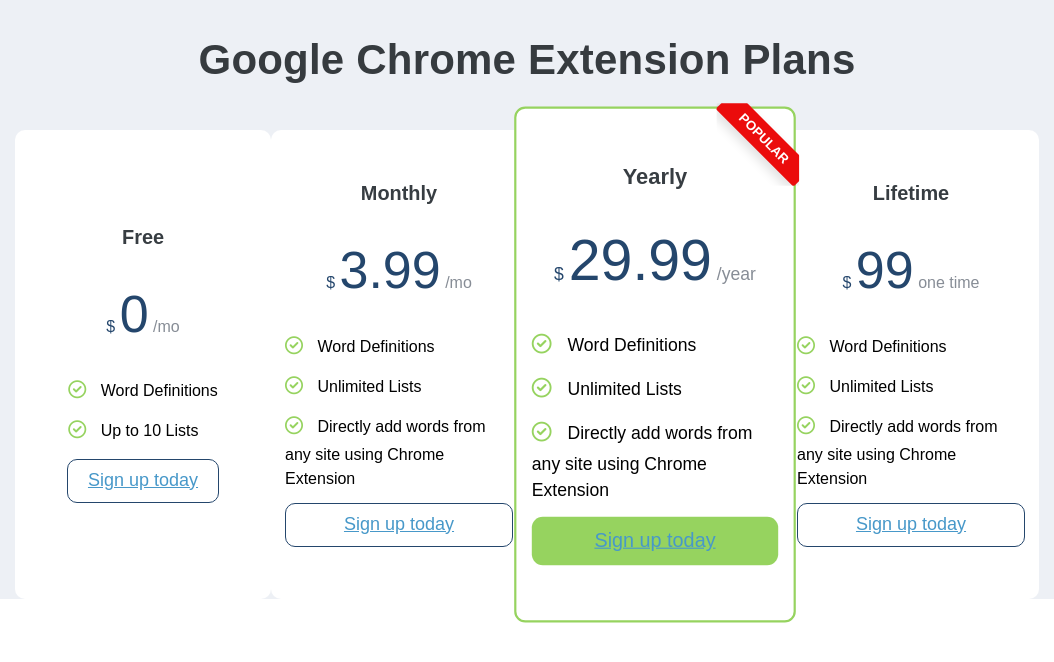
Repository: Novoselets28/chatos-test-task
Page: index.html
These files come from the project's save history. The page is drawn as it stood at one moment and after the next save; the edit follows.
The browser window is 1024 px wide. The page is 1054 px wide, so the pictures cover 1054 px, including what lies to the right of the window. The pictures show the whole page.

Above is the page before, as saved 2023-04-20 01:27:32.

### index.html
<!DOCTYPE html>
<html lang="en">
<head>
    <meta charset="UTF-8">
    <meta http-equiv="X-UA-Compatible" content="IE=edge">
    <meta name="viewport" content="width=device-width, initial-scale=1.0">
    <link rel="stylesheet" type="text/css" href="index.css" />
    <link rel="stylesheet" href="https://cdnjs.cloudflare.com/ajax/libs/font-awesome/6.0.0/css/all.min.css">
    <link rel="preconnect" href="https://fonts.googleapis.com">
    <link rel="preconnect" href="https://fonts.gstatic.com" crossorigin>
    <link href="https://fonts.googleapis.com/css2?family=Arimo:wght@400;700&family=Rubik&display=swap" rel="stylesheet">
    <title>Document</title>
</head>
<body>
    <div class="page__extension extension">
        <div class="extension__container _container">
            <div class="extension__header header-block">
                <h2 class="header-block__title">Google Chrome Extension Plans</h2>
            </div>
            <div class="extension__items">
                <!-- Modern pricing table - Free -->
                <div class="extension__item item-extension">
                    <h5 class="item-extension__title">Free</h5>
                    <div class="item-extension__price price-item">
                        <span class="price-item__dollar">$</span>
                        <span class="price-item__number">0</span>
                        <span class="price-item__label">/mo</span>
                    </div>
                    <div class="item-extension__points">
                        <ul class="item-extension__point point-list">
                            <li class="point-list__item">
                                <i class="icon fa-regular fa-circle-check" style="color: #96d35f;"></i>
                                Word Definitions
                            </li>
                            <li class="point-list__item">
                                <i class="icon fa-regular fa-circle-check" style="color: #96d35f;"></i>
                                Up to 10 Lists
                            </li>
                        </ul>
                        <a href="https://boostvocab.com/register" class="item-extension__button">Sign up today</a>
                    </div>

                </div>
                <!-- END : Modern pricing table - Free -->
                <!-- Modern pricing table - MOnthly -->
                <div class="extension__item item-extension">
                    <h5 class="item-extension__title">Monthly</h5>
                    <div class="item-extension__price price-item">
                        <span class="price-item__dollar">$</span>
                        <span class="price-item__number">3.99</span>
                        <span class="price-item__label">/mo</span>
                    </div>
                    <div class="item-extension__points">
                        <ul class="item-extension__point point-list">
                            <li class="point-list__item">
                                <i class="icon fa-regular fa-circle-check" style="color: #96d35f;"></i>
                                Word Definitions
                            </li>
                            <li class="point-list__item">
                                <i class="icon fa-regular fa-circle-check" style="color: #96d35f;"></i>
                                Unlimited Lists
                            </li>
                            <li class="point-list__item">
                                <i class="icon fa-regular fa-circle-check" style="color: #96d35f;"></i>
                                Directly add words from any site using Chrome Extension
                            </li>
                        </ul>
                        <a target="new" href="https://buy.stripe.com/5kAdRpbLh3k71RS6oo" class="item-extension__button">Sign up today</a>
                    </div>
                </div>
                <!-- END : Modern pricing table - Monthly -->
                <!-- Modern pricing table - Yearly -->
                <div class="extension__item item-extension item-extension_active">
                    <div class="item-extension__ribbon"><span>POPULAR</span></div>
                    <h5 class="item-extension__title">Yearly</h5>
                    <div class="item-extension__price price-item">
                        <span class="price-item__dollar">$</span>
                        <span class="price-item__number">29.99</span>
                        <span class="price-item__label">/year</span>
                    </div>
                    <div class="item-extension__points">
                       <ul class="item-extension__point point-list">
                            <li class="point-list__item">
                                <i class="icon fa-regular fa-circle-check" style="color: #96d35f;"></i>
                                Word Definitions
                            </li>
                            <li class="point-list__item">
                                <i class="icon fa-regular fa-circle-check" style="color: #96d35f;"></i>
                                Unlimited Lists
                            </li>
                            <li class="point-list__item">
                                <i class="icon fa-regular fa-circle-check" style="color: #96d35f;"></i>
                                Directly add words from any site using Chrome Extension
                            </li>
                        </ul>
                        <a target="new" href="https://buy.stripe.com/aEU6oX3eL6wjdAA7st" class="item-extension__button">Sign up today</a>
                    </div>
                </div>
                <!-- END : Modern pricing table - Yearly -->
                <!-- Modern pricing table - Lifetime -->
                <div class="extension__item item-extension">
                    <h5 class="item-extension__title">Lifetime</h5>
                    <div class="item-extension__price price-item">
                        <span class="price-item__dollar">$</span>
                        <span class="price-item__number">99</span>
                        <span class="price-item__label">one time</span>
                    </div>
                    <div class="item-extension__points">
                        <ul class="item-extension__point point-list">
                            <li class="point-list__item">
                                <i class="icon fa-regular fa-circle-check" style="color: #96d35f;"></i>
                                Word Definitions
                            </li>
                            <li class="point-list__item">
                                <i class="icon fa-regular fa-circle-check" style="color: #96d35f;"></i>
                                Unlimited Lists
                            </li>
                            <li class="point-list__item">
                                <i class="icon fa-regular fa-circle-check" style="color: #96d35f;"></i>
                                Directly add words from any site using Chrome Extension
                            </li>
                        </ul>
                        <a target="new" href="https://buy.stripe.com/4gwfZxbLh8Er54428a" class="item-extension__button">Sign up today</a>
                    </div>
                </div>
            </div>
            <!-- END : Modern pricing table - Lifetime -->
        </div>
    </div>
</body>
</html>

### index.css
*{
    margin: 0;
    padding: 0;
    box-sizing: border-box;
}

.extension__container{
    background-color: #edf0f5;
}

._container{
    max-width: 1440px;
    height: 100vh;
    padding: 0 0.9375rem;
    margin: 0 auto;
    box-sizing: content-box;
    font-family: 'Arimo', sans-serif;
}

@media (max-width: 1024px){
    ._container{
        width: 100%;
        height: auto;
    }
}

@media (max-width: 768px){
    ._container{
        width: 100%;
        height: auto;
    }
}

@media (max-width: 425px){
    ._container{
        width: 100%;
        height: auto;
    }
}

@media (max-width: 375px){
    ._container{
        width: 100%;
        height: auto;
    }
}

.extension__header{
    margin: 0 0 2.5rem 0;
    padding: 1.875rem 0 0;
}

.header-block{
    text-align: center;
}

.header-block__title{
    font-size: 2.625rem;
    letter-spacing: 0.2px;
    font-weight: 700;
    line-height: 142%;
    color: #363b3f;
}

@media (max-width: 425px){
    .header-block__title{
        font-size: 1.625rem;
    }
}

.extension__items{
    display: flex;
    align-items: stretch;
    justify-content: center;
    font-family: inherit;
    font-size: 1.5rem;
}

@media (max-width: 1024px){
    .extension__items{
        display: flex;
        flex-wrap: wrap;

    }
}

@media (max-width: 768px){
    .extension__items{
        display: flex;
        flex-wrap: wrap;
        width: 100%;
    }
}

@media (max-width: 425px){
    .extension__items{
        display: flex;
        justify-content: center;
        flex-wrap: wrap;
        width: 400px;
    }
}

@media (max-width: 375px){
    .extension__items{
        display: flex;
        justify-content: center;
        flex-wrap: wrap;
        width: 350px;
    }
}

.extension__item{
    flex: 0 1 25%;
}


.item-extension{
    display: flex;
    flex-direction: column;
    justify-content: center;
    align-items: center;
    background-color: #fff;
    padding: 1.875rem 0;
    border-radius: 0.625rem;
}

@media (max-width: 1024px){
    .extension__item{
        flex: 0 1 25%;
    }
}

@media (max-width: 768px){
    .extension__item{
        flex: 0 1 60%;
        margin: 15px;
    }
}

@media (max-width: 425px){
    .extension__item{
        flex: 0 1 80%;
        margin: 15px;
    }
}

@media (max-width: 375px){
    .extension__item{
        flex: 0 1 80%;
        margin: 15px;
    }
}

.item-extension_active{
    border: 2px solid #96d35f;
    left: 0px;
    position: relative;
    top: 0px;
    padding: 3.125rem 0;
    transform: scale(1.1);
    z-index: 1;
}

.item-extension_active .item-extension__button{
    background-color: #96d35f;
    border: none;
}

.item-extension__ribbon {
    width: 4.6875rem;
    height: 4.6875rem;
    position: absolute;
    top: -0.3125rem;
    right: -0.3125rem;
    overflow: hidden;
}

.item-extension__ribbon span {
    position: absolute;
    font-family: 'Arimo', sans-serif;
    font-weight: bold;
    top: 1.25rem;
    right: -1.125rem;
    transform: rotate(45deg);
    width: 6.25rem;
    background: #eb0c0c;
    padding: 5px 0;
    color: #fff;
    text-align: center;
    font-size: 0.75rem;
    box-shadow: 0 0.3125rem 0.625rem rgba(0,0,0,0.12);
}

.item-extension__title{
    color: #373d42;
    margin: 0 0 2.1875rem;
}

.item-extension__price{
    color: #24466c;
}

.price-item{
    margin: 0 0 1.5625rem;
    font-size: 1.5rem;
    text-align: center;
    font-family: 'Poppins', sans-serif;
    font-weight: lighter;
}

@media (max-width: 1024px){
    .price-item{
        font-size: 1rem;
    }
}

.price-item__dollar{
    font-size: 1rem;
}

.price-item__number{
    text-transform: uppercase;
    font-size: 5.25rem;
}

@media (max-width: 1024px){
    .price-item__number{
        font-size: 3.25rem;
    }
}

.price-item__label{
    color: #878d96;
    font-size: 1rem;
}

.item-extension__points{
    display: flex;
    flex-direction: column;
    justify-content: center;
    align-items: center;
    margin: 0 1.875rem;
}

@media (max-width: 1024px){
    .item-extension__points{
        margin: 0 0.875rem;
    }
}

.item-extension__point{
    color: inherit;
    font-weight: 400;
    line-height: 150%;
    font-size: 1rem;
    display: flex;
    flex-direction: column;
    justify-content: space-around;
    align-items: center;
    margin: 0 0 0.625rem;
}

.point-list__item .icon{
    content: "f058";
    font-family: "Font Awesome 6 Free";
    font-size: 1.125rem;
    line-height: 2;
    padding: 0 0.625rem 0 0;
}

.point-list__item{
    list-style-type: none;
    width: 100%;
    padding: 0.625rem 0;
}

@media (max-width: 1024px){
    .point-list__item{
        padding: 0.125rem 0;
    }
}

.item-extension__button{
    border: 1px solid #24466c;
    min-height: 2.75rem;
    display: flex;
    font-weight: 400;
    justify-content: center;
    align-items: center;
    line-height: 120%;
    padding: 0.3125rem 1.25rem;
    text-align: center;
    border-radius: 0.625rem;
    width: 100%;
    color: #4798c9;
    font-size: 1.125rem;
}

After the next save:
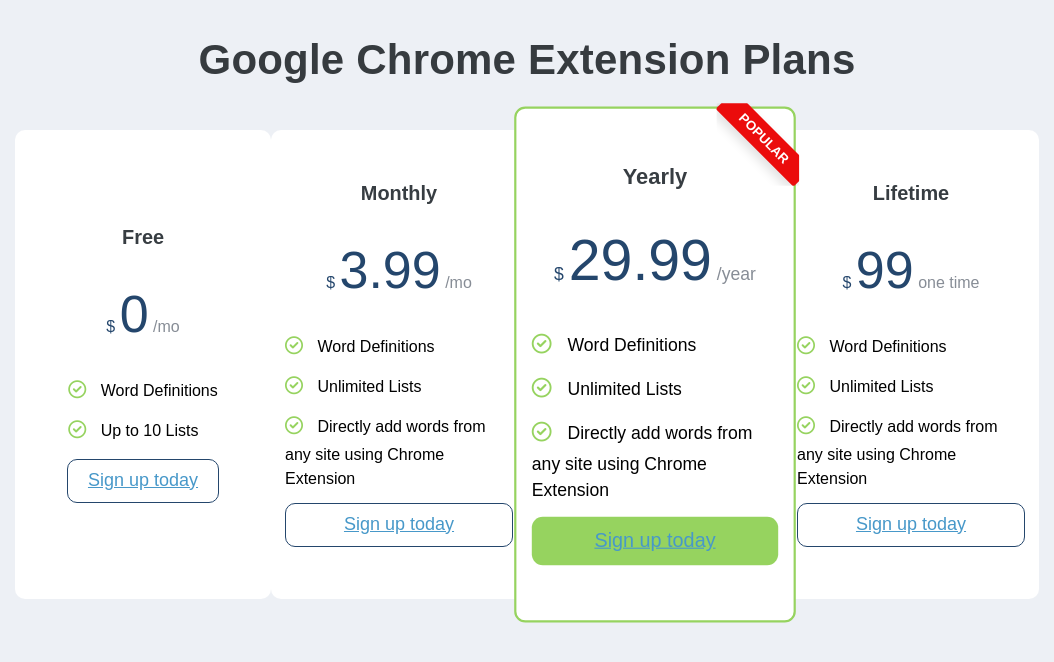
Saved 87 s later.
--- a/index.css
+++ b/index.css
@@ -20,7 +20,6 @@
 @media (max-width: 1024px){
     ._container{
         width: 100%;
-        height: auto;
     }
 }
 
